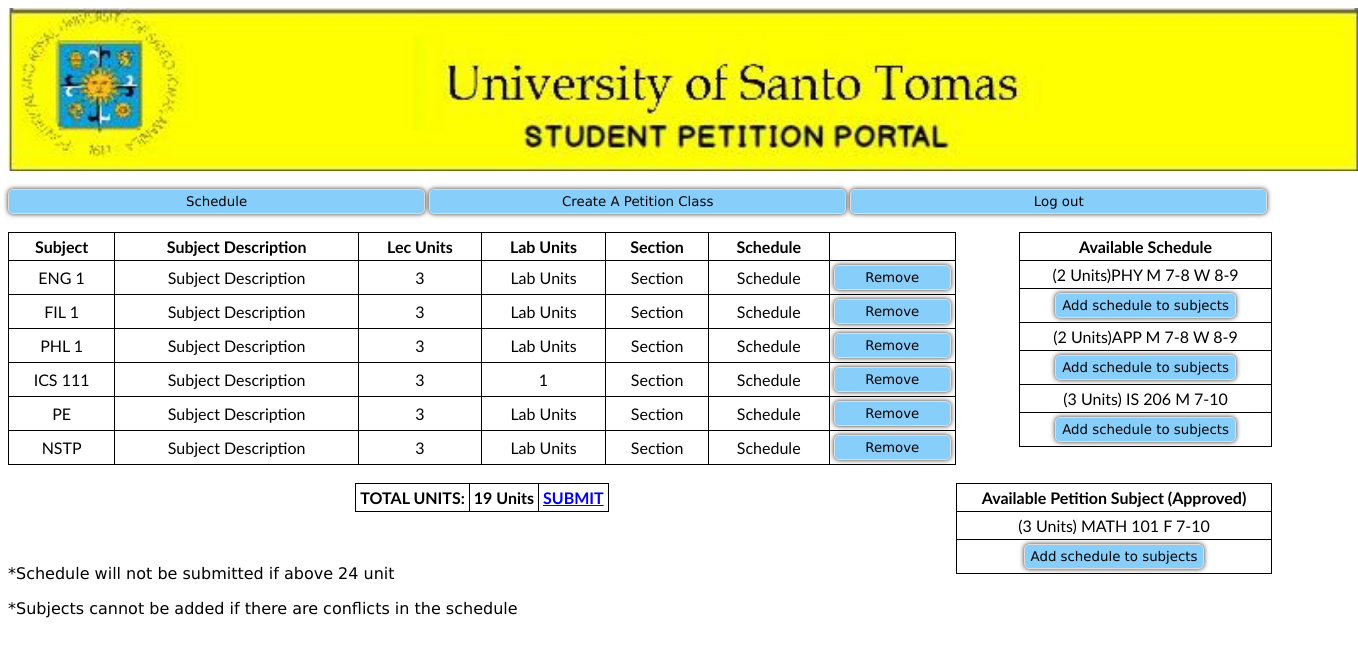
Repository: mawewatistel/PetitioningSystem
Page: http://localhost/SibuloTolentino/home.jsp
These files come from the project's save history. The page is drawn as it stood at one moment and after the next save; the edit follows.
The browser window is 1280 px wide. The page is 1358 px wide, so the pictures cover 1358 px, including what lies to the right of the window. The pictures show the whole page.
The page is served by Tomcat 9.

Above is the page before, as saved 2016-05-11 04:14:49.

### SibuloTolentino/WebContent/home.jsp
<%@page language="java" contentType="text/html; charset=ISO-8859-1" pageEncoding="ISO-8859-1" %>
<!DOCTYPE html PUBLIC "-//W3C//DTD HTML 4.01 Transitional//EN" "http://www.w3.org/TR/html4/loose.dtd">
<html>
<head>
<meta http-equiv="Content-Type" content="text/html; charset=ISO-8859-1">
<title>Petition Class</title>
</head>
<body>
<form action ="home.jsp" method = "post">
<img src ="Images/ust.JPG" alt = "Missing Image!=" width = 1350 height= ><br><br>
<input type="submit" name="one" id="remove" value="Schedule" style="width:33%" style="height:15%"/>
<input type="submit" name="two" id="remove" value="Create A Petition Class" style="width:33%" style="height:15%"/>
<input type="submit" name="three" id="remove" value="Log out" style="width:33%" style="height:15%"/></form>
<% if (request.getParameter("one") != null) {
    response.sendRedirect("home.jsp");
}
else if (request.getParameter("two") != null) {
    response.sendRedirect("create.jsp");
}
else if (request.getParameter("three") != null) {
    response.sendRedirect("index.jsp");
}
 %>
<br>
<table border="1" align="right" style ="width: 20%">
<tr>
<th> Available Schedule </th>
</tr>
<tr>
<td>(2 Units)PHY M 7-8 W 8-9</td>
</tr>
<tr>
<td><form><input type="submit" name="two" value="Add schedule to subjects"/></form></td>
</tr>
<tr>
<td> (2 Units)APP M 7-8 W 8-9 </td>
</tr>
<tr>
<td> <form><input type="submit" name="two" value="Add schedule to subjects"/></form></td>
</tr>
<tr>
<td>(3 Units) IS 206 M 7-10</td>
</tr>
<tr>
<td> <form><input type="submit" name="two" value="Add schedule to subjects"/></form></td>
</tr>
</table>
<table border="1" style ="width: 75%">
<tr>
<th> Subject </th>
<th> Subject Description</th>
<th> Lec Units</th>
<th> Lab Units</th>
<th> Section</th>
<th> Schedule </th>
</tr>
<tr>
<td>ENG 1</td>
<td> Subject Description </td>
<td>3</td>
<td>Lab Units</td>
<td>Section</td>
<td>Schedule</td>
<td><form><input type="submit"  name="three"value="Remove" style="width:100%"></form></td>
</tr>
<tr>
<td>FIL 1</td>
<td> Subject Description </td>
<td>3</td>
<td>Lab Units</td>
<td>Section</td>
<td>Schedule</td>
<td><form><input type="submit"  name="three" value="Remove" style="width:100%"></form></td>
</tr>
<tr>
<td>PHL 1</td>
<td> Subject Description </td>
<td>3</td>
<td>Lab Units</td>
<td>Section</td>
<td>Schedule</td>
<td><form><input type="submit"  name="three"value="Remove" style="width:100%"></form></td>
</tr>
<tr>
<td>ICS 111</td>
<td> Subject Description </td>
<td>3</td>
<td>1</td>
<td>Section</td>
<td>Schedule</td>
<td><form><input type="submit"  name="three"value="Remove" style="width:100%"></form></td>
</tr>
<tr>
<td>PE</td>
<td> Subject Description </td>
<td>3</td>
<td>Lab Units</td>
<td>Section</td>
<td>Schedule</td>
<td><form><input type="submit"  name="three"value="Remove" style="width:100%"></form></td>
</tr>
<tr>
<td>NSTP</td>
<td> Subject Description </td>
<td>3</td>
<td>Lab Units</td>
<td>Section</td>
<td>Schedule</td>
<td><form><input type="submit"  name="three"value="Remove" style="width:100%"></form></td>
</tr>
</table>
<br>
<table border="1" align="right" style="width: 25%">
<tr>
<th> Available Petition Subject (Approved)</th>
</tr>
<tr>
<td> (3 Units) MATH 101 F 7-10 </td>
</tr>
<tr>
<td> <form><input type="submit" name="two"  value="Add schedule to subjects" align="center"/></form></td>
</tr>
</table>
<table align="center">
<tr>
	<th>TOTAL UNITS:</th>
	<th>19 Units</th>
	<th><a href="submit.jsp"> SUBMIT</a>
</table>
<br><br>
<p>*Schedule will not be submitted if above 24 unit</p>
<p>*Subjects cannot be added if there are conflicts in the schedule</p>
<style>
h1 {
	font-family: consolas;
	font-size: 300%;
	color: blue;
}

h2 {
	font-family: calibri;
}

p {
	font-family: "verdana";
}

input[type="text"] {
	background: white;
	border: 1px double black;
	border-radius: 5px;
	box-shadow: 0 0 5px yellow;
	color: black;
	outline: center;
	height: 25px;
	width: 275px;
	font-family: "verdana";
}
table, th, td {
border: 1px solid black;
border-collapse: collapse;
}
th, td {
padding: 4px;
text-align: center;
font-family: calibri;
}
input[type="submit"]{
    background: #87CEFA;
    border: 1px double #DDD;
    border-radius: 5px;
    box-shadow: 0 0 5px #333;
    color: ;
    outline: none;
    font-family: "verdana";
    font-color: black;
    height: 25px;
}
input.remove{
	height:30em;
}
</style>
</html>

After the next save:
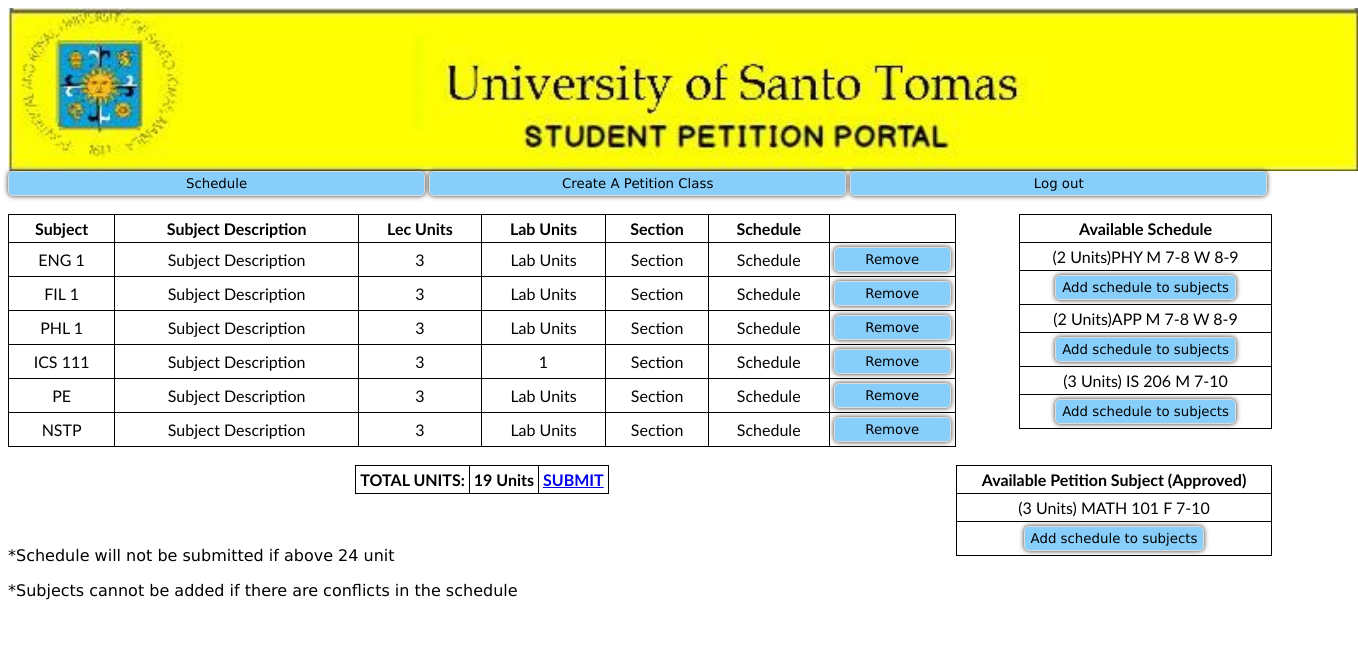
Saved 23 s later.
--- a/SibuloTolentino/WebContent/home.jsp
+++ b/SibuloTolentino/WebContent/home.jsp
@@ -7,7 +7,7 @@
 </head>
 <body>
 <form action ="home.jsp" method = "post">
-<img src ="Images/ust.JPG" alt = "Missing Image!=" width = 1350 height= ><br><br>
+<img src ="Images/ust.JPG" alt = "Missing Image!=" width = 1350 height= ><br>
 <input type="submit" name="one" id="remove" value="Schedule" style="width:33%" style="height:15%"/>
 <input type="submit" name="two" id="remove" value="Create A Petition Class" style="width:33%" style="height:15%"/>
 <input type="submit" name="three" id="remove" value="Log out" style="width:33%" style="height:15%"/></form>
